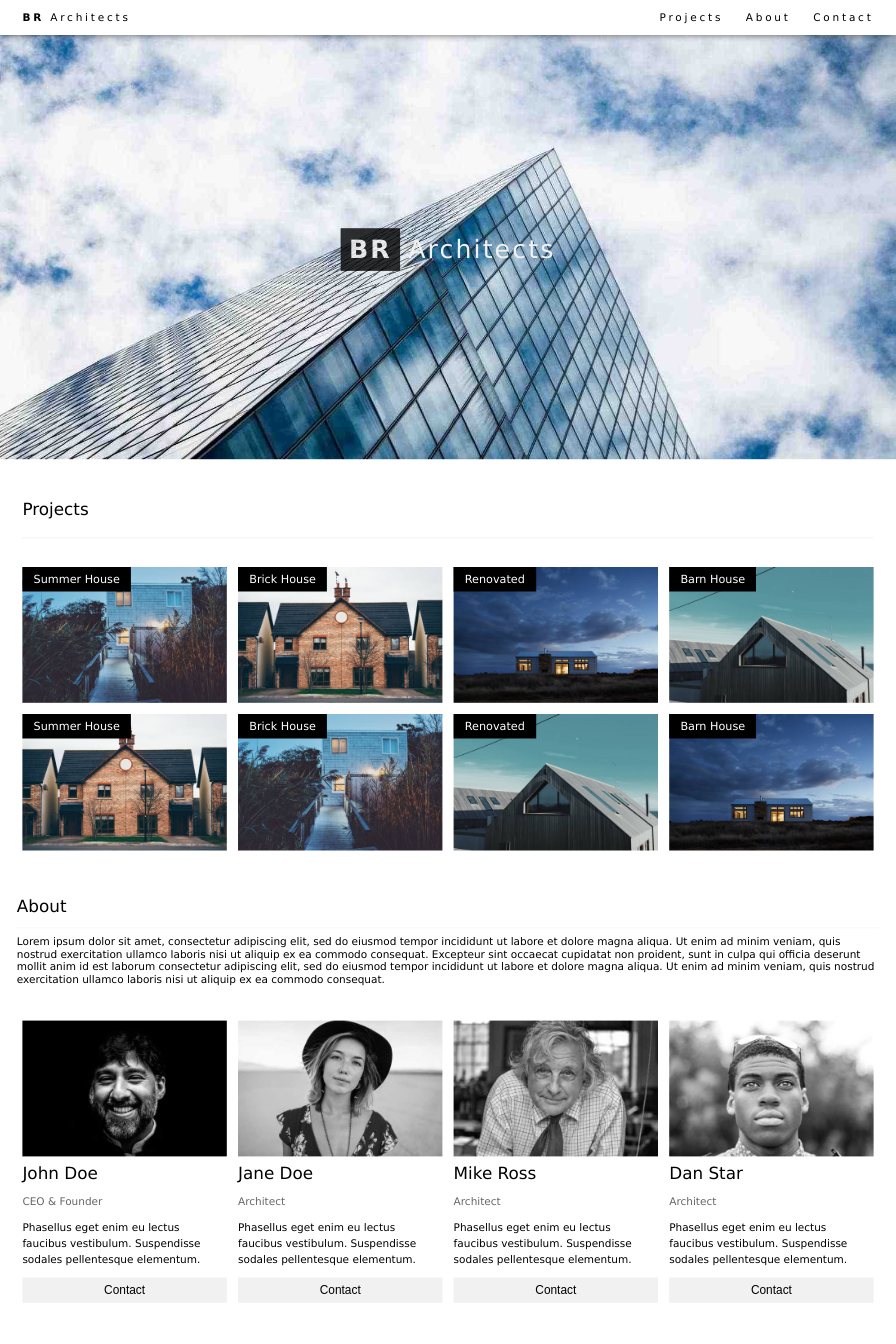
Repository: xd25vn/architects
Page: index.html
These files come from the project's save history. The page is drawn as it stood at one moment and after the next save; the edit follows.
The browser window is 1280 px wide. The pictures show the part of the page from y = 0 to 1920 px (the page is 3126 px tall before and 3110 px after), at 70% of full size.

Above is the page before, as saved 2023-08-16 17:57:51.

### index.html
<html lang="en">
<head>
    <meta charset="UTF-8">
    <meta name="viewport" content="width=device-width, initial-scale=1.0">
    <title>W3 ARCHITECT</title>
    <link rel="stylesheet" href="./assets/css/style.css">
    <link rel="stylesheet" href="./assets/css/reponsive.css">
    <link rel="stylesheet" href="./assets/fonts/themify-icons-font/themify-icons/themify-icons.css">
</head>
<body>
    <header>
            <ul id="nav">

            <div class="nav-item-left">
                <li><a href="" class="text-dec"><b>BR</b> Architects</a></li>
            </div>

            <div class="nav-item-right">
                <li><a href="" class="text-dec">Projects</a></li>
                <li><a href="" class="text-dec">About</a></li>
                <li><a href="" class="text-dec">Contact</a></li>
            </div>
            <div class="clear"></div>
            </ul>
    </header>

    <!-- BEGIN MENU MOBILE -->
    <div class="menu-mobile">
        <i class="ti-menu button-mobile"></i>
    </div>
    <!-- END MENU MOBILE -->

    <div id="sidebar">
        <h1>
            <span class="side-1"><b>BR</b></span>
            <span class="side-2">Architects</span>
        </h1>
    </div>

    <div id="content">
        <div class="projects">
            <div class="project-item-head">
                <h3>Projects</h3>
                <hr style="opacity: 0.2;">
            </div>

            <div class="projects-img">
                <div class="img-items">
                    <img src="./assets/img/projects/house1.jpg" style="width: 100%" alt="HOUSE">
                    <div class="texts">Summer House</div>
                </div>

                <div class="img-items">
                    <img src="./assets/img/projects/house2.jpg" style="width: 100%" alt="HOUSE">
                    <div class="texts">Brick House</div>
                </div>

                <div class="img-items">
                    <img src="./assets/img/projects/house3.jpg" style="width: 100%" alt="HOUSE">
                    <div class="texts">Renovated</div>
                </div>

                <div class="img-items">
                    <img src="./assets/img/projects/house4.jpg" style="width: 100%" alt="HOUSE">
                    <div class="texts">Barn House</div>
                </div>

                <div class="img-items">
                    <img src="./assets/img/projects/house2.jpg" style="width: 100%" alt="HOUSE">
                    <div class="texts">Summer House</div>
                </div>

                <div class="img-items">
                    <img src="./assets/img/projects/house1.jpg" style="width: 100%" alt="HOUSE">
                    <div class="texts">Brick House</div>
                </div>

                <div class="img-items">
                    <img src="./assets/img/projects/house4.jpg" style="width: 100%" alt="HOUSE">
                    <div class="texts">Renovated</div>
                </div>

                <div class="img-items">
                    <img src="./assets/img/projects/house3.jpg" style="width: 100%" alt="HOUSE">
                    <div class="texts">Barn House</div>
                </div>


        </div>
        </div>


        <div class="about">
            <div class="section-head">
                <h3>About</h3>
                <p>Lorem ipsum dolor sit amet, consectetur adipiscing elit, sed do eiusmod tempor incididunt ut labore et dolore magna aliqua. Ut enim ad minim veniam, quis nostrud exercitation ullamco laboris nisi ut aliquip ex ea commodo consequat. Excepteur sint occaecat cupidatat non proident, sunt in culpa qui officia deserunt mollit anim id est laborum consectetur adipiscing elit, sed do eiusmod tempor incididunt ut labore et dolore magna aliqua. Ut enim ad minim veniam, quis nostrud exercitation ullamco laboris nisi ut aliquip ex ea commodo consequat.</p>
            </div>

            <div class="section-list-contact">
            <div class="section-imgs">
                <div class="imgs-contact">
                    <img src="./assets/img/contact/team1.jpg" style="width: 100%;" alt="CONTACT">

                    <div class="text-contact">
                        <h3>John Doe</h3>
                        <p class="position-design">CEO & Founder</p>
                        <p>Phasellus eget enim eu lectus faucibus vestibulum. Suspendisse sodales pellentesque elementum.</p>
                        <button><a href="">Contact</a></button>
                    </div>
                </div>
            </div>

            <div class="section-imgs">
                <div class="imgs-contact">
                    <img src="./assets/img/contact/team2.jpg" style="width: 100%;" alt="CONTACT">

                    <div class="text-contact">
                        <h3>Jane Doe</h3>
                        <p class="position-design">Architect</p>
                        <p>Phasellus eget enim eu lectus faucibus vestibulum. Suspendisse sodales pellentesque elementum.</p>
                        <button><a href="">Contact</a></button>
                    </div>
                </div>
            </div>

            <div class="section-imgs">
                <div class="imgs-contact">
                    <img src="./assets/img/contact/team3.jpg" style="width: 100%;" alt="CONTACT">

                    <div class="text-contact">
                        <h3>Mike Ross</h3>
                        <p class="position-design">Architect</p>
                        <p>Phasellus eget enim eu lectus faucibus vestibulum. Suspendisse sodales pellentesque elementum.</p>
                        <button><a href="">Contact</a></button>
                    </div>
                </div>
            </div>

            <div class="section-imgs">
                <div class="imgs-contact">
                    <img src="./assets/img/contact/team4.jpg" style="width: 100%;" alt="CONTACT">

                    <div class="text-contact">
                        <h3>Dan Star</h3>
                        <p class="position-design">Architect</p>
                        <p>Phasellus eget enim eu lectus faucibus vestibulum. Suspendisse sodales pellentesque elementum.</p>
                        <button><a href="">Contact</a></button>
                    </div>
                </div>
            </div>
        </div>
        </div>

        <div class="contact">
            <div class="text-head">
                <h3>Contact</h3>
                <p>Lets get in touch and talk about your next project.</p>
            </div>
            <form action="">
            <div class="input-form">
                <input type="text" class="form-control" placeholder="Name" required>

                <input type="email" class="form-control" placeholder="Email" required>

                <input type="text" class="form-control" placeholder="Subject" required>

                <input type="text" class="form-control" placeholder="Comment" required>
            </div>
            <input type="submit" class="btn-submit" value="SEND MESSAGE">
        </form>

        <div class="img-cuoi">
            <img src="./assets/img/map.jpg" alt="MAP" style="width: 100%;">
        </div>
        </div>
        <footer>
            <div class="text-foot">
                <p>Powered by <a href="">w3.css</a></p>
            </div>
        </footer>
    </div>
</body>
</html>

### assets/css/style.css
/* RESET CSS */
* {
    margin: 0;
    padding: 0;
    box-sizing: border-box;
}
/* END RESET CSS */

/* COMMON */
html {
    font-family: Verdana, sans-serif;
}

.text-dec {
    text-decoration: none;
    color: #000;
}

.clear {
    clear: both;
}
/* END COMMON */

#nav {
    background: #fff;
    box-shadow: 0 0 10px rgba(0, 0, 0, 0.6);
    padding: 8px 16px;
    width: 100%;
    position: fixed;
    z-index: 1;
}

#nav li {
    display: flex;
    list-style: none;
    font-size: 15px;
}

#nav .nav-item-left {
    float: left;
}

#nav .nav-item-left li {
    padding: 8px 16px;
    letter-spacing: 4px;
}

#nav .nav-item-left li:hover {
    background: #ccc;
    display: block;
}

#nav .nav-item-right {
    float: right;
    display: flex;
    justify-content: space-between;
    letter-spacing: 4px;
}

#nav .nav-item-right li {
    padding: 8px 16px;
}

#nav .nav-item-right li:hover {
    background: #ccc;
    display: block;
}

#sidebar {
    background: url(/assets/img/sidebar1.jpg) left top / cover no-repeat;
    padding-top: 50%;
    position: relative;
}

#sidebar h1 {
    position: absolute;
    color: #f1f1f1;
    left: 50%;
    top: 50%;
    transform: translateX(-50%);
    font-weight: 500;
    font-size: 36px;
}

#sidebar .side-1 {
    background: #000;
    padding: 10px 12px;
    opacity: 0.8;
    letter-spacing: 3px;
}

#sidebar .side-2 {
    letter-spacing: 3px;
}

#content .projects {
    padding: 0 24px;
}

#content .project-item-head {
    padding: 32px 8px;
}

#content .project-item-head h3 {
   padding: 16px 0;
   margin: 10px 0;
   font-weight: 400;
   font-size: 24px;
}

.projects-img {
    display: flex;
    flex-wrap: wrap;
    justify-content: space-between;
}

.img-items {
    width: calc(100% / 4);
    height: auto;
    padding: 8px 8px;
    position: relative;
}

.projects .projects-img .texts {
    position: absolute;
    top: 8;
    left: 8;
    background: #000;
    color: #fff;
    padding: 8px 16px;
}

.about .section-head {
    padding: 32px 24px;
    padding-bottom: 50px;
}

.about .section-head h3 {
    font-size: 24px;
    font-weight: 400;
    border-bottom: 1px solid #f1f1f1;
    padding: 16px 0;
    margin: 10px 0;
}

.about .section-head p {
    font-size: 15px;
    font-weight: normal;
}

.about .section-list-contact .section-imgs {
    width: 25%;
    padding: 0 8px;
}

.about .section-list-contact {
    display: flex;
    padding: 0 24px;
}

.section-list-contact .section-imgs .imgs-contact img {
    -webkit-filter: grayscale(1);
    filter: grayscale(1);
}

.section-list-contact .section-imgs:hover img {
    -webkit-filter: grayscale(0);
    filter: grayscale(0);
    transition: all 0.25s linear;
}

.section-list-contact .section-imgs .text-contact h3 {
    font-weight: 400;
    font-size: 24px;
    margin: 10px 0;
}

.section-list-contact .section-imgs .text-contact .position-design {
    opacity: 0.6;
}

.section-list-contact .section-imgs .text-contact p {
    margin: 15px 0;
    font-size: 15px;
    line-height: 1.5;
}

.section-list-contact .section-imgs button {
    padding: 8px 16px;
    width: 100%;
    border: none;
    background: #f1f1f1;
    font-size: 17px;
}

.section-list-contact .section-imgs button:hover {
    background: #ccc;
    cursor: pointer;
}

.section-list-contact .section-imgs button a {
    color: #000;
    text-decoration: none;
    text-align: center;
}

#content .contact {
    padding: 32px 24px;
}

.contact .text-head h3 {
    border-bottom: 1px solid #f1f1f1;
    padding: 16px 0;
    margin: 10px 0;
    font-size: 24px;
    font-weight: 400;
}

.contact .text-head p {
    margin: 15px 0;
    font-size: 15px;
}

.contact .input-form .form-control {
    width: 100%;
    padding: 10px;
    border: 1px solid #ccc;
    outline: none;
    margin: 8px 0;
    font-size: 17px;
}

.contact form .btn-submit {
    background: #000;
    color: white;
    font-size: 15px;
    margin: 18px 0;
    padding: 8px 16px;
    border: 1px solid #000;
}

.contact form .btn-submit:hover {
    cursor: pointer;
    background-color: #ccc;
    color: #000;
    border: 1px solid #ccc;
    transition: all 0.25s linear;
}

.contact .img-cuoi {
    margin-top: 28px;
}

.contact .img-cuoi img {
    background-repeat: no-repeat;
    height: auto;
}

footer {
    background: #000;
    width: 100%;
    padding: 16px 0;
    margin-top: -24px;
}

footer .text-foot {
    margin: 15px 0;
    text-align: center;
    color: white;
}

footer .text-foot a {
    color: #fff;
    font-size: 15px;
}

footer .text-foot a:hover {
    color: green;
}

### assets/css/reponsive.css
@media (min-width: 1024px) {

}

@media (min-width: 740px) and (max-width: 1023px) {

}

@media (max-width: 739px) {
    #nav .nav-item-right {
        display: block;
        float: none;
    }

    #nav .nav-item-right li {
        width: 100%;
    }
}

Loaded but not shown: assets/fonts/themify-icons-font/themify-icons/themify-icons.css (common file)

After the next save:
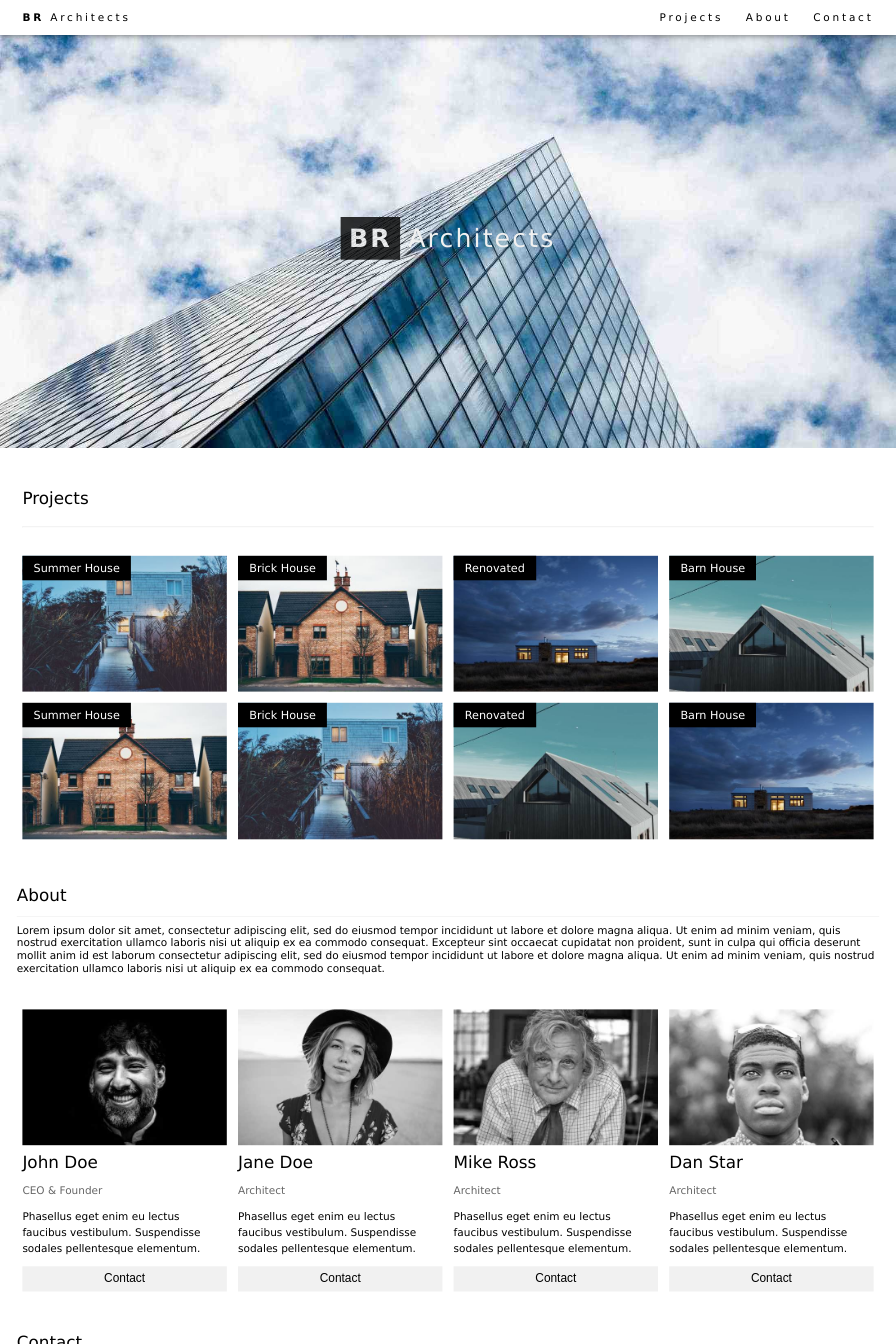
Saved 111 s later.
--- a/assets/css/reponsive.css
+++ b/assets/css/reponsive.css
@@ -1,5 +1,7 @@
 @media (min-width: 1024px) {
-
+    .menu-mobile .ti-menu {
+        display: none;
+    }
 }
 
 @media (min-width: 740px) and (max-width: 1023px) {
